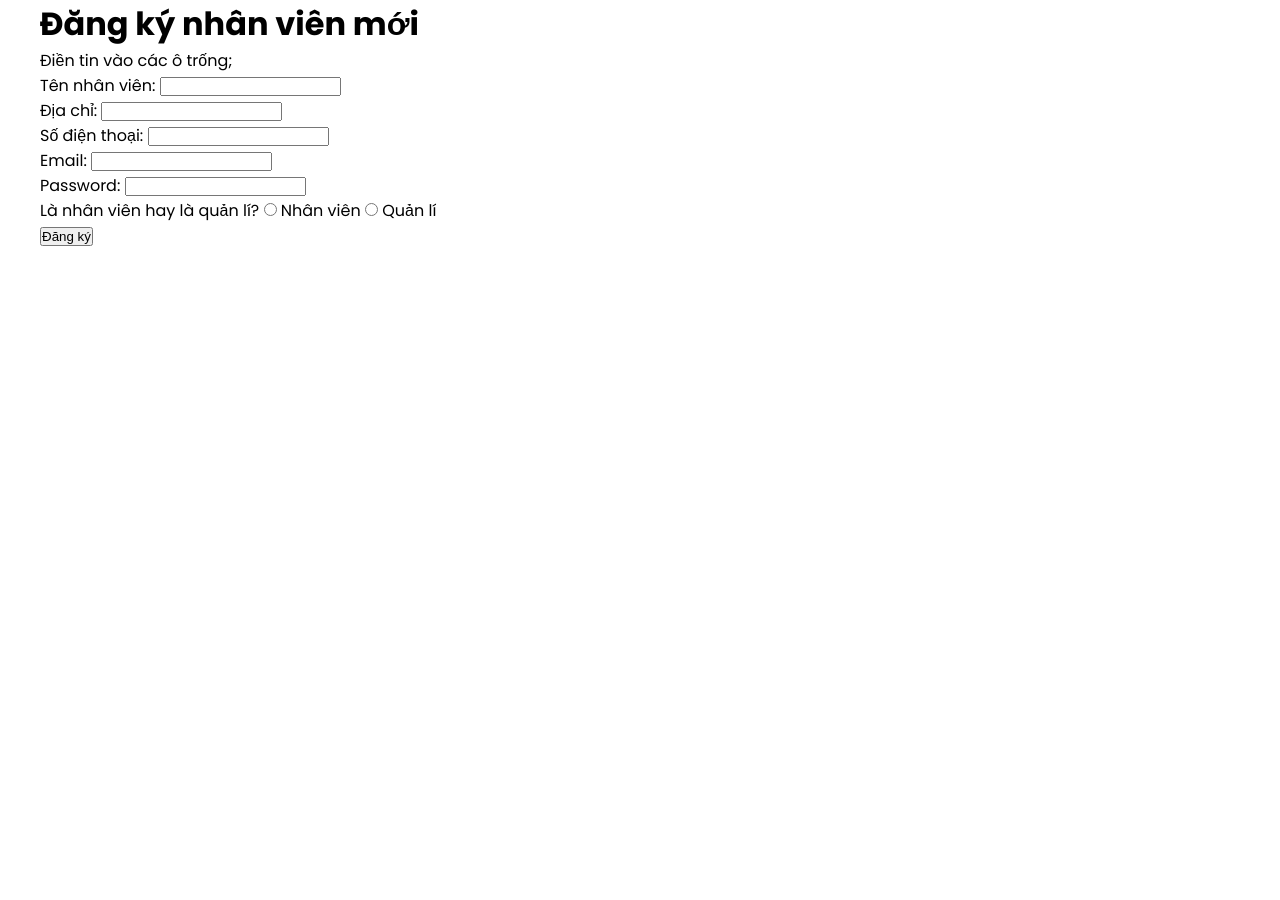
Repository: ntsanq/AmBakery
Page: http://localhost/j2school_Project/admin/dashboard_quanly/form_them_nhanvien.php
The author's editor kept a copy of each file at every save. The page is drawn from the files as they stood at one save, then again after the next save.
The browser window is 1280 px wide. The pictures show the whole page.
The page is run by PHP 8.4 with error messages shown; the project is at /var/www/html/.

Above is the page before, as saved 2021-12-21 22:44:45.

### admin/dashboard_quanly/form_them_nhanvien.php
<!DOCTYPE html>
<html>
<head>
	<meta charset="utf-8">
	<meta name="viewport" content="width=device-width, initial-scale=1">
	<title>Đăng ký cho nhân viên</title>
	<link rel="stylesheet" href="css/form.css">
	<link href="https://fonts.googleapis.com/css2?family=Poppins:wght@300;400;500;600;700&family=Roboto:wght@500&display=swap0" rel="stylesheet">
</head>
<body>
	<div class="container">
		<form action="them_nhanvien_process.php" method="POST">
			<div >
				<h1>Đăng ký nhân viên mới</h1>
				<p>Điền	 tin vào các ô trống;</p>

				<!-- <label for="ma">Mã nhân viên: </label>
				<input type="text" name="ma">
				<br> -->
				<label for="ten">Tên nhân viên: </label>
				<input type="text" name="ten">
				<br>
				<label for="dia_chi">Địa chỉ: </label>
				<input type="text" name="dia_chi">
				<br>
				<label for="sdt">Số điện thoại: </label>
				<input type="text" name="sdt">
				<br>
				<label for="email">Email: </label>
				<input type="text" name="email">
				<br>
				<label for="mat_khau">Password: </label>
				<input type="password" name="mat_khau">
				<br>
				<label for="cap_do">Là nhân viên hay là quản lí?  </label>
				<input type="radio" name="cap_do" value="0">
				<label for="nhan_vien">Nhân viên </label>
				<input type="radio" name="cap_do" value="1">
				<label for="quan_li">Quản lí </label>
				<br>
				 <input type="submit" id="them_nhanvien_btn" value="Đăng ký">
			</div>
		</form>
	</div>
</body>
</html>

### admin/dashboard_quanly/css/form.css
*{
	margin: 0;
	padding: 0;
}

html{
	box-sizing: border-box;
	font-size: 62.5%; /*10px*/
}

body{
	font-family: "Poppins", sans-serif;
	font-size: 1.6rem;
	height:90rem;
	font-weight: 400;

}

.container{
  width: 1200px;
  margin: 0 auto;
}
.container form{
  margin: 0 auto;
}

After the next save:
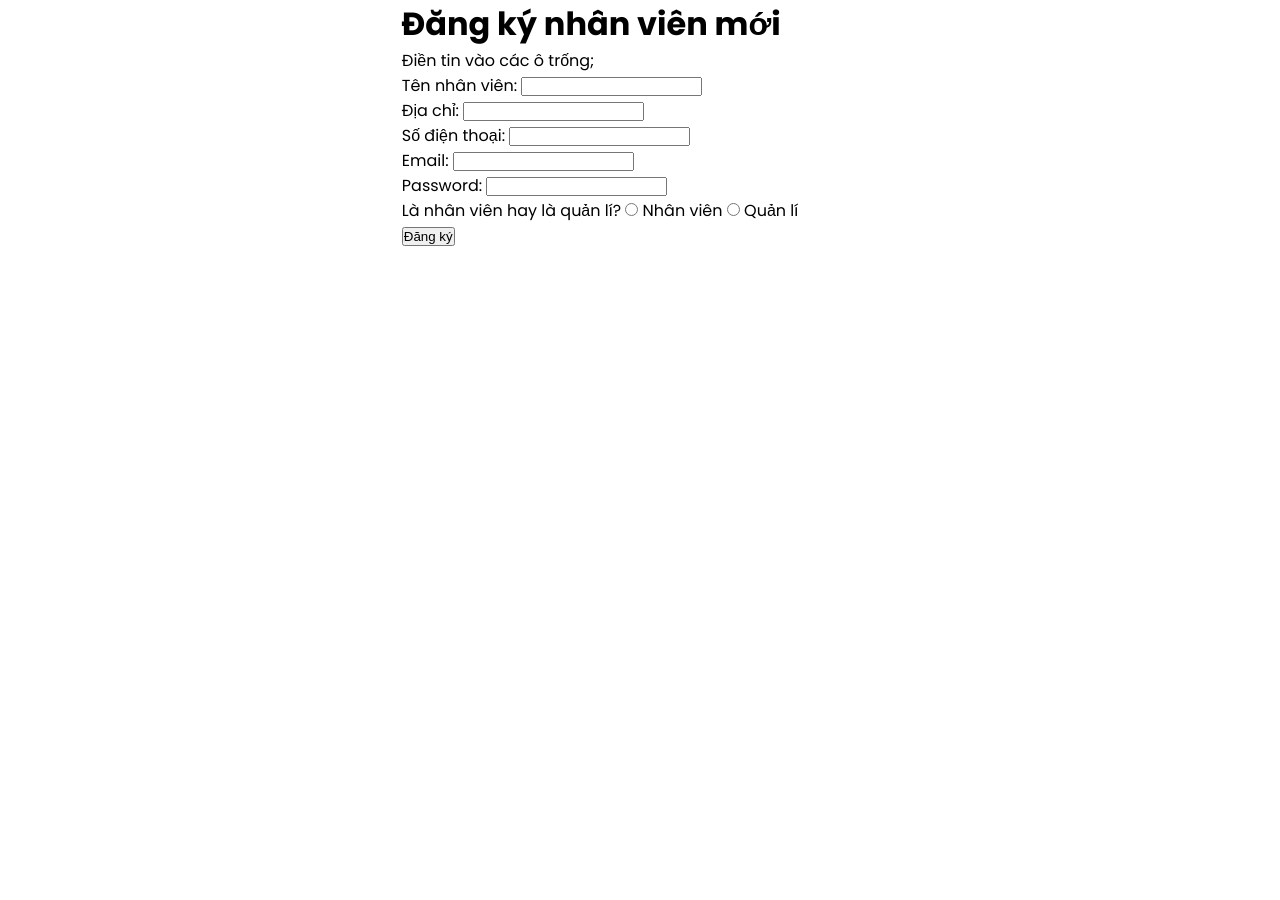
Saved 16 s later.
--- a/admin/dashboard_quanly/css/form.css
+++ b/admin/dashboard_quanly/css/form.css
@@ -18,7 +18,9 @@ body{
 
 .container{
   width: 1200px;
-  margin: 0 auto;
+  display: flex;
+  justify-content: center;
+  align-items: center;
 }
 .container form{
   margin: 0 auto;
